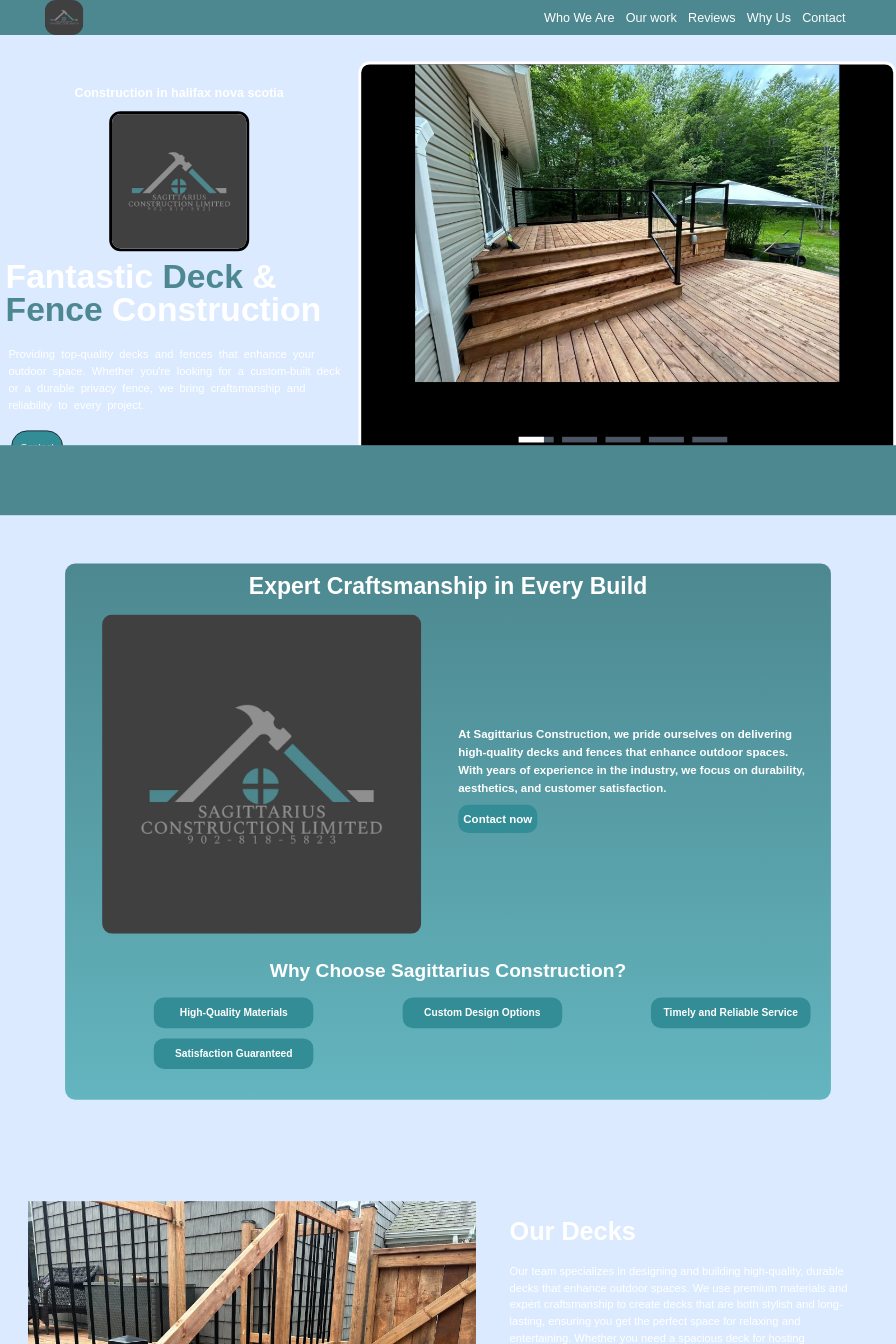
Repository: TMuse333/sagittarius
Page: / (app in frontend/)
These files come from the project's save history. The page is drawn as it stood at one moment and after the next save; the edit follows.
The browser window is 1280 px wide. The pictures show the part of the page from y = 0 to 1920 px (the page is 9472 px tall before and 7696 px after), at 70% of full size.
The project was rebuilt for these pictures with package versions that can differ from the ones it lists, and the page was loaded fresh each time. The framework's server and built-in components were replaced by stand-ins that run in the browser. Also part of the build but not shown: frontend/next.config.ts.

Above is the page before, as saved 2025-03-17 18:11:34.

### frontend/src/app/layout.tsx
import { ContextProvider } from "@/context/context";
import type { Metadata } from "next";
import { Geist, Geist_Mono } from "next/font/google";
import "./globals.css";

const geistSans = Geist({
  variable: "--font-geist-sans",
  subsets: ["latin"],
});

const geistMono = Geist_Mono({
  variable: "--font-geist-mono",
  subsets: ["latin"],
});

export const metadata: Metadata = {
  title: "Sagittarius Construction demo",
  description: "Rough draft of your website",
};

export default function RootLayout({
  children,
}: Readonly<{
  children: React.ReactNode;
}>) {
  return (
    <html lang="en">
      <ContextProvider>


      <body
        className={`${geistSans.variable} ${geistMono.variable} antialiased`}
      >
        {children}
      </body>
      </ContextProvider>
    </html>
  );
}

### frontend/src/app/page.tsx
import Homepage from "@/pageComponents/homePage";


export default function Home() {
  return (
 <Homepage/>
  );
}

### frontend/src/context/context.tsx
"use client"

import React, { createContext, useState, useContext, ReactNode, useEffect } from 'react';

// Define the type for the context value
interface GeneralContextType {
  isMobile: boolean;
  setIsMobile: React.Dispatch<React.SetStateAction<boolean>>;
  isDesktop: boolean;
  setIsDesktop: React.Dispatch<React.SetStateAction<boolean>>;


  applicationFormState: Record<string, string>;
  setApplicationFormState: React.Dispatch<React.SetStateAction<Record<string, string>>>;


}


// Create the context
export const GeneralContext = createContext<GeneralContextType | undefined>(undefined);

// Create a provider component
export const ContextProvider: React.FC<{ children: ReactNode }> = ({ children }) => {
  // Initialize the value state


  // Detect mobile devices
  const [isMobile, setIsMobile] = useState<boolean>(true);

const [isDesktop, setIsDesktop] = useState(false)

const [applicationFormState, setApplicationFormState] = useState<Record<string, string>>({});

  useEffect(() => {
    const handleScroll = () => {
      if (typeof window !== 'undefined') {
        setIsMobile(window.innerWidth <= 865);
      }
      else{
        setIsDesktop(true)
      }
    };

    if (typeof window !== 'undefined') {
      window.addEventListener('scroll', handleScroll);
      handleScroll(); // Initial check
    }

    return () => {
      if (typeof window !== 'undefined') {
        window.removeEventListener('scroll', handleScroll);
      }
    };
  }, []);

  useEffect(() => {
    const handleScroll = () => {
      if (typeof window !== 'undefined') {
        setIsDesktop(window.innerWidth > 868);
      }

    };

    if (typeof window !== 'undefined') {
      window.addEventListener('scroll', handleScroll);
      handleScroll(); // Initial check
    }

    return () => {
      if (typeof window !== 'undefined') {
        window.removeEventListener('scroll', handleScroll);
      }
    };
  }, []);


  useEffect(() => {
    console.log('is mobile', isMobile);
    console.log("is desktop", isDesktop)
  }, [isDesktop]);

  const contextValue = {

    isMobile,
    setIsMobile,
    applicationFormState,
    setApplicationFormState,
    isDesktop,
    setIsDesktop


  };

  return <GeneralContext.Provider value={contextValue}>{children}</GeneralContext.Provider>;
};

export const useGeneralContext = (): GeneralContextType => {
  const context = useContext(GeneralContext);
  if (!context) {
    throw new Error('useGeneralContext must be used within a ContextProvider');
  }
  return context;
};

### frontend/src/app/globals.css
@tailwind base;
@tailwind components;
@tailwind utilities;

:root {
  --background: #DBEAFE;
  --foreground: #171717;
}

@media (prefers-color-scheme: dark) {
  :root {
    --background: #404040;
    --foreground: #ededed;
  }
}

body {
  color: white;
  background: var(--background);
  font-family: Arial, Helvetica, sans-serif;

}

### frontend/src/pageComponents/homePage.tsx
"use client"

import ApplicationForm from "@/components/contactForm/contactForm";
// import DualImageBoxes from "@/components/dualImageTextBox/dualImageTextBox";
import ExperienceCard from "@/components/experienceCard/experienceCard";
import Footer2 from "@/components/footer/footer";
import GoogleReviews from "@/components/googleReviews/googleReviews";
import GridCarousel from "@/components/gridCarousel/gridCarousel";
import CarouselHero from "@/components/herobanner/carouselHero";
import ImageAspects from "@/components/ImageAspects/imageAspects";
import ImageTextBox from "@/components/imageTextBox/imageTextBox";
import Navbar from "@/components/navbar/navbar";
import TextAndList from "@/components/textAndList/textAndList";
import AppearingGradient from "@/components/textAnimations/appearingGradient/appearingGradient";
import { carouselHeroData, experienceCardData,
     testimonials,
      textAndListData,
gridItems,
imageTextBoxData,
deckTextBox,
fenceTextBox,
aspectsData} from "@/data/homeData";
import React from "react";



const Homepage = () => {

    const links = [
        {
            destination:'card',
            name:'Who We Are',
            hasScroll:true
        },
        {
            destination:'work',
            name:'Our work',
            hasScroll:true
        },
        {
            destination:'reviews',
            name:'Reviews',
            hasScroll:true
        },
        {
            destination:'why-us',
            name:'Why Us',
            hasScroll:true
        },
        {
            destination:'contact',
            name:'Contact',
            hasScroll:true
        }
    ]

    return (
        <>
          <Navbar
            links={links}
            />

        <main className="w-screen mt-[5rem]
        bg-[#404040]">





            <CarouselHero
            {...carouselHeroData}
            />

<section id='card'>


            <ExperienceCard
            {...experienceCardData}
            buttonText="Contact now"
            />
</section>



<section id='work'>

    <ImageTextBox
    {...deckTextBox}
    objectContain
    />

    <ImageTextBox
    {...fenceTextBox}
    reverse

    />

<AppearingGradient
  text="More of our work"
  subText="Here are some of our best projects, showcasing the craftsmanship and quality we bring to every job. From stunning decks and secure, stylish fences to beautiful kitchen renovations, each project highlights our commitment to excellence. We take pride in turning our clients' visions into reality with every build."
/>


            <GridCarousel
            images={gridItems}
            isGrid
            />
            </section>

<section id='reviews'>


            <GoogleReviews
            reviews={testimonials}
            />
            </section>
            <section id='why-us'>


               <TextAndList
            {...textAndListData}
            />
              </section>

              <ImageTextBox
              {...imageTextBoxData}
              />

              <ImageAspects
              images={aspectsData}
             />

              <section id='contact'>



            <ApplicationForm/>
            </section>

            <Footer2
            excludedLink="Home"
            />


        </main>
        </>
    )
}


export default Homepage

### frontend/src/components/googleReviews/googleReviews.tsx
import Image from "next/image";
import React, { useState } from "react";
import {Star} from 'lucide-react'
import SlidingText from "../textAnimations/slidingText/slidingText";
import {motion} from 'framer-motion'
// import Link from "next/link";
interface ReviewData {
    name:string,
    src:string,
    description:string,
    date:string,
    alt:string
}


const Review:React.FC<ReviewData> = ({
    name,src,description,date,
    alt
}) => {


    return (
        <div className="w-[90vw] flex-shrink-0 rounded-2xl
        mr-4 border border-blue-500 max-w-[400px]
        mx-auto bg-gradient-to-tr from-[#4D8890] to-[#8BAEB7]
        flex flex-col  text-white">
<div className="flex flex-row ml-4 mt-2">
<Image
height={1300}
width={600}
src={src}
alt={alt}
className='w-[20vw] max-w-[75px] max-h-[75px] h-[20vw] object-cover rounded-full object-contain'

/>
<div className="flex flex-col ml-8">
    <span>{name}</span>
    <span>{date}</span>
</div>
</div>
<div className="flex flex-col ml-2 px-4 mt-3 pb-6">
    <div className="flex flex-row">

    {[...Array(5)].map((_, index) => (
        <Star key={index} size={24} color="#FFD700" fill="#FFD700" />
      ))}

    </div>
    <p className="text-left mt-4">
    {description}
</p>


</div>
        </div>
    )
}

interface GoogleProps {
    reviews:ReviewData[]
}

const GoogleReviews:React.FC<GoogleProps> = ({
    reviews
}) => {

    const [slideComplete, setSlideComplete] = useState(false)

    return (
        <>
  <SlidingText
  text="Reviews"
  setSlideComplete={setSlideComplete}
styles="bg-gradient-to-b from-white to-gray-200 bg-clip-text text-transparent
text-3xl sm:text-4xl font-semibold text-center relative transition-colors"


  />
  <motion.p
  initial={{
    opacity:0,
    y:-40
  }}
  animate={{
    opacity:slideComplete ? 1  : 0,
    y:slideComplete ? 0 : -40
  }}
  className=" max-w-[900px]
  text-left mx-auto mt-4
  md:text-lg"
  >
Lorem ipsum dolor, sit amet consectetur adipisicing elit. Eligendi soluta molestiae earum maxime aliquam assumenda, animi possimus ut optio atque! Odio omnis nisi possimus fugit!
<br/>
<a
  href="https://www.google.com/maps/place/Sagittarius+Construction/@45.1932025,-68.3189312,6z/data=!3m1!4b1!4m6!3m5!1s0x6919d162980a017b:0x3540f39c10b3d454!8m2!3d45.3077481!4d-63.028289!16s%2Fg%2F11kpqb7fkv?entry=ttu&g_ep=EgoyMDI1MDMxMi4wIKXMDSoJLDEwMjExNDUzSAFQAw%3D%3D"
  target="_blank"
  rel="noopener noreferrer"
>
  <button className="rounded-2xl bg-[#338d96] p-2 mt-2">
    See all reviews
  </button>
</a>

  </motion.p>


        <section

        className={`relative w-screen ml-auto mb-[5rem] mt-[5rem] overflow-x-hidden
         py-8 text-center text-black`}
    >


        <div
            className="flex-shrink-0 pr-[3rem] pl-[1rem] flex ml-auto sm:ml-0 sm:mr-0 overflow-x-scroll overflow-y-hidden
            "
        >
         {reviews.map((review, index) => (
                <Review
                {...review}
                key={index}
                />
            ))}

        </div>
     </section>
     </>
    )
}

export default GoogleReviews

### frontend/src/components/contactForm/inputForm.tsx
import { useGeneralContext } from '@/context/context';
import React, {  useRef } from 'react';

interface Question {
    question: string;
    placeholder?: string;
    multipleChoices?: boolean;
    choices?: string[];
    isEmail?: boolean;
    isPhoneNumber?: boolean;
    required?: boolean;
    title: string;
}

interface InputFormProps {
    title?: string;
    description?: string;
    questions: Question[];
}

const InputForm: React.FC<InputFormProps> = ({ title, description, questions }) => {
    const { applicationFormState, setApplicationFormState } = useGeneralContext();
    const firstInputRef = useRef<HTMLInputElement | null>(null);

    const handleChange = (title: string, value: string) => {
        setApplicationFormState((prevState) => ({
            ...prevState,
            [title]: value
        }));
    };

    // useEffect(() => {
    //     if (firstInputRef.current) {
    //         firstInputRef.current.focus();
    //     }
    // }, []); // Runs once when the component mounts

    return (
        <div className="text-white w-[80vw] lg:w-[50vw] md:max-w-[400px] p-6 rounded-lg ml-auto mr-auto
        flex justify-center items-center">
            {title && <h3 className="text-3xl mb-4 sm:text-4xl md:text-5xl">{title}</h3>}
            {description && <p className="text-lg mb-6 w-[100%] text-left md:text-2xl sm:text-xl">{description}</p>}
            <ul className="pt-5 text-center w-screen mr-auto">
                {questions.map((question, index) => (
                    <li key={index} className="mb-4 w-[80vw] md:max-w-[400px]">
                        <label className="block text-left mb-2 text-lg md:text-xl">
                            {question.question}
                        </label>
                        {question.multipleChoices ? (
                            <div className="flex flex-wrap">
                                {question.choices?.map((choice, i) => (
                                    <div key={i} className="mr-4 mb-2">
                                        <label className="flex items-center">
                                            <input
                                                type="checkbox"
                                                className="mr-2"
                                                checked={applicationFormState[`${question.title}-${choice}`] === 'true'}
                                                onChange={(e) => handleChange(`${question.title}-${choice}`, e.target.checked ? 'true' : '')}
                                            />
                                            <span className="text-lg md:text-xl">{choice}</span>
                                        </label>
                                    </div>
                                ))}
                            </div>
                        ) : (
                            <input
                                ref={index === 0 ? firstInputRef : null} // Focus on the first input
                                type="text"
                                placeholder={question.placeholder}
                                value={applicationFormState[question.title] || ''}
                                onChange={(e) => handleChange(question.title, e.target.value)}
                                className="w-full p-2 rounded max-w-[1500px] mr-auto ml-auto text-lg md:text-xl"
                            />
                        )}
                    </li>
                ))}
            </ul>
        </div>
    );
};

export default InputForm;

### frontend/src/components/textAnimations/slidingText/slidingText.tsx
import React, { useRef, useEffect, useState } from "react";
import { motion, useScroll, useTransform } from "framer-motion";

interface TextProps {
    text: string;
    setSlideComplete?: React.Dispatch<React.SetStateAction<boolean>>;
    subText?: string;

    styles?:string
}

const SlidingText: React.FC<TextProps> = ({ text, setSlideComplete, subText,
styles }) => {
    // Reference to the target element to track scroll position
    const targetRef = useRef(null);

    // State to track when slide is complete
    const [slideComplete, setLocalSlideComplete] = useState(false);

    // Get scroll progress relative to the targetRef
    const { scrollYProgress } = useScroll({
        target: targetRef,
        offset: ["end end", "end start"], // Adjust these offsets as needed
    });

    // Transform scroll progress to x position, scale, opacity, and tilt effect
    const x = useTransform(scrollYProgress, [0, 0.7], [350, 0]); // Adjust slide-in distance
    const opacity = useTransform(scrollYProgress, [0, 0.2, 0.55], [0, 0, 1]);

    // Add drag/tilt effect (rotate on both X and Y axis based on scroll progress)
    const rotateX = useTransform(scrollYProgress, [0, 1], [5, -5]); // Tilt effect (rotation along X axis)
    const rotateY = useTransform(scrollYProgress, [0, 1], [5, -5]); // Tilt effect (rotation along Y axis)

    // Monitor changes in the `x` value and set `slideComplete` to true when x reaches 0
    useEffect(() => {
        const unsubscribe = x.on("change", (latestX) => {
            if (latestX === 0 && !slideComplete) {
                setLocalSlideComplete(true);
                console.warn("slide complete");
                if (setSlideComplete) setSlideComplete(true);
            }
        });

        // Cleanup subscription on unmount
        return () => unsubscribe();
    }, [x, slideComplete, setSlideComplete]);

    return (
        <div ref={targetRef}>
            <motion.h2
                className={`${styles}`}
                style={!slideComplete ? { x, opacity, rotateX, rotateY } : {}} // Apply the animated styles with tilt
                // Apply the gradient flow when slideComplete is true
                whileInView={
                    slideComplete
                        ? {
                              backgroundImage: [
                                //   "linear-gradient(to right, #00e0ff, #00a2e4, #00e0ff)", // Default colors
                                //   "linear-gradient(to right, #33e8ff, #33b5d6, #33e8ff)", // Brighter colors
                                //   "linear-gradient(to right, #00e0ff, #00a2e4, #00e0ff)", // Back to default
                              ],
                              transition: {
                                  repeat: Infinity,
                                  repeatType: "mirror",
                                  duration: 3, // Control how fast the gradient oscillates
                              },
                          }
                        : {}
                }
            >
                {text}
            </motion.h2>
            {subText && (
                <motion.h3
                    id={`subtext-${subText}`}
                    className={`${slideComplete ? "opacity-1" : "opacity-0"}
                    mt-4 text-center transition-opacity text-xl sm:text-2xl`}
                >
                    {subText}
                </motion.h3>
            )}
        </div>
    );
};

export default SlidingText;

### frontend/src/components/textAnimations/fadeInFromLeftText/fadeInFromLeftText.tsx
import { motion } from 'framer-motion';
import React, { ElementType, useState, useEffect } from 'react';

interface FadeInFromLeftTextProps {
  text: string; // The text to animate
  as?: ElementType; // The HTML tag to render (default: 'p')
  className?: string; // Additional CSS classes
  duration?: number; // Total animation duration (in seconds)
  startAnimation?: boolean; // Control when animation starts
  setAnimationComplete?: React.Dispatch<React.SetStateAction<boolean>>; // Notify when animation is complete
  keywords?: string[]; // Highlighted keywords
}

const FadeInFromLeftText: React.FC<FadeInFromLeftTextProps> = ({
  text,
  as: Tag = 'p', // Default to 'p' tag
  className = '',
  duration = 2, // Default animation duration
  startAnimation, // Default to false if not provided
  setAnimationComplete, // Optional function to notify when animation is complete
  keywords = [], // Default to an empty array if not provided
}) => {
  const [animationStarted, setAnimationStarted] = useState(false);

  // Trigger animation when startAnimation is set to true
  useEffect(() => {
    if (startAnimation && !animationStarted) {
      setAnimationStarted(true);
    } else if (!startAnimation) {
      setAnimationStarted(true);
    }
  }, [startAnimation, animationStarted]);

  // Notify when animation is complete
  useEffect(() => {
    if (animationStarted && setAnimationComplete) {
      const timeout = setTimeout(() => {
        setAnimationComplete(true); // Notify parent when animation is complete
      }, duration * 1000); // Use duration to calculate when the animation finishes
      return () => clearTimeout(timeout); // Cleanup timeout
    }
  }, [animationStarted, duration, setAnimationComplete]);

  // Function to check if a word is a keyword
  const isKeyword = (word: string) => keywords.includes(word);

  return (
    <motion.div
      initial={{ clipPath: 'inset(0 100% 0 0)', opacity: 0 }}
      animate={startAnimation ? { clipPath: 'inset(0 0% 0 0)', opacity: 1 } : {}}
      transition={{ duration }}
      className={`overflow-hidden ${className}`} // Ensure no overflow
    >
      <Tag>
        {text.split(' ').map((word, wordIndex) => (
          <motion.span
            key={wordIndex}
            initial={{ x: 20, opacity: 0 }}
            animate={{ x: 0, opacity: 1 }}
            transition={{
              delay: wordIndex * 0.1, // Delay based on word position
              duration: 0.5, // Animation duration
            }}
            className={isKeyword(word) ? 'animate-gradient font-bold' : ''} // Apply specific class if keyword
            style={
                isKeyword(word)
                  ? {
                      background: 'linear-gradient(90deg, #00A4F6, #66C8FF, #00A4F6)',
                      backgroundSize: '200% 200%',
                      backgroundClip: 'text',
                      WebkitBackgroundClip: 'text',
                      color: 'transparent',
                      animation: 'gradient-animation 8s ease-in-out infinite',
                      transition: 'background 0.5s ease, color 0.5s ease',
                    }
                  : undefined
              }
          >
            {word}
            &nbsp; {/* Adding space between words */}
          </motion.span>
        ))}
      </Tag>
    </motion.div>
  );
};

export default FadeInFromLeftText;

Loaded but not shown: frontend/tailwind.config.ts (common file); frontend/src/data/homeData.ts (444 lines, source omitted); frontend/src/components/gridCarousel/gridCarousel.tsx (309 lines, source omitted); frontend/src/components/experienceCard/experienceCard.tsx (230 lines, source omitted); frontend/src/components/herobanner/carouselHero.tsx (224 lines, source omitted); frontend/src/components/ImageAspects/imageAspects.tsx (280 lines, source omitted); frontend/src/components/textAndList/textAndList.tsx (222 lines, source omitted); frontend/src/components/navbar/navbar.tsx (156 lines, source omitted); frontend/src/components/contactForm/contactForm.tsx (170 lines, source omitted); frontend/src/components/footer/footer.tsx (187 lines, source omitted); frontend/src/components/textAnimations/appearingGradient/appearingGradient.tsx (152 lines, source omitted); frontend/src/components/textAnimations/typeAlongText/typeAlongText.tsx (118 lines, source omitted); frontend/src/components/imageTextBox/imageTextBox.tsx (191 lines, source omitted)

After the next save:
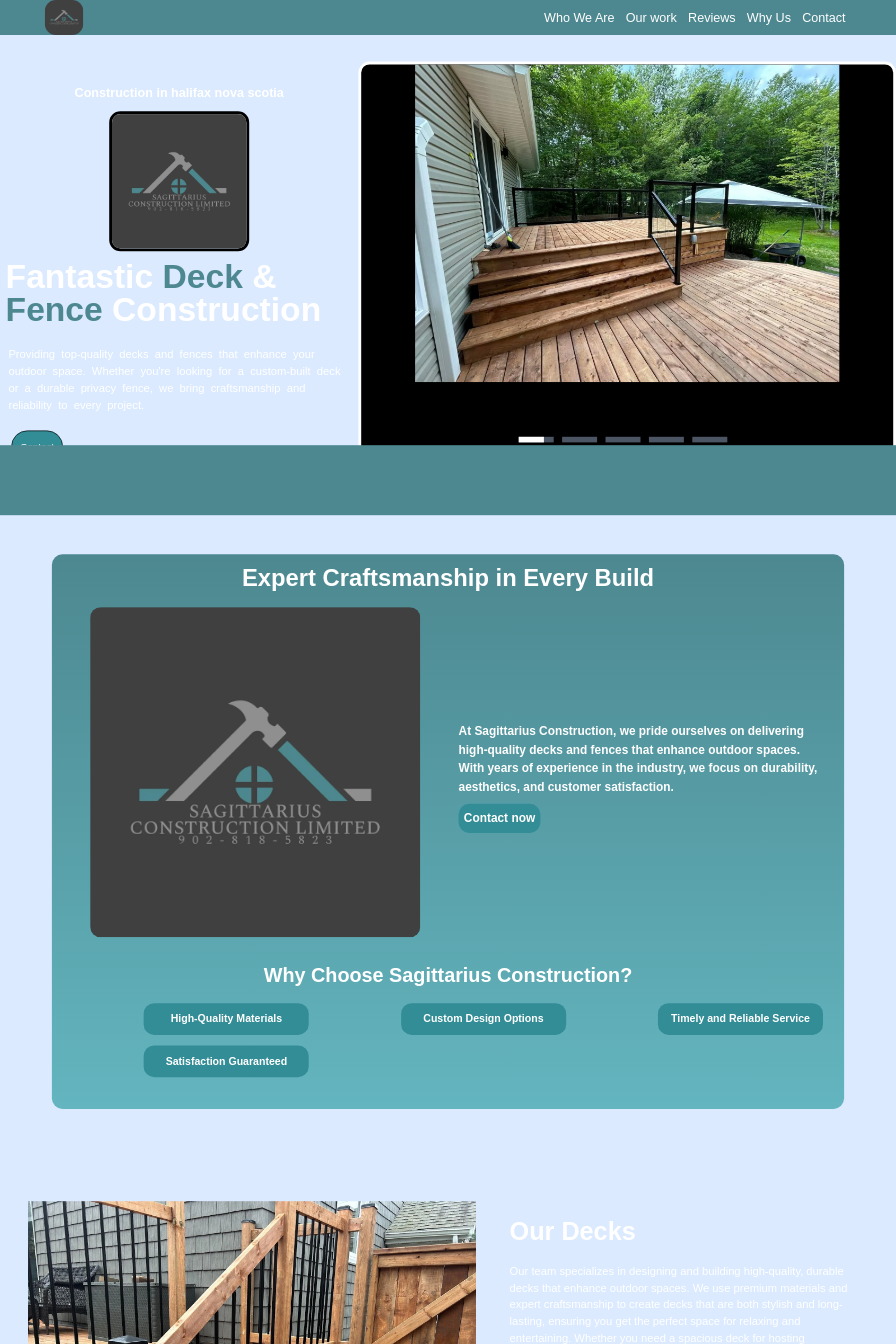
Saved 42 s later.
--- a/frontend/src/pageComponents/homePage.tsx
+++ b/frontend/src/pageComponents/homePage.tsx
@@ -126,9 +126,7 @@
               {...imageTextBoxData}
               />
 
-              <ImageAspects
-              images={aspectsData}
-             />
+
 
               <section id='contact'>
 
